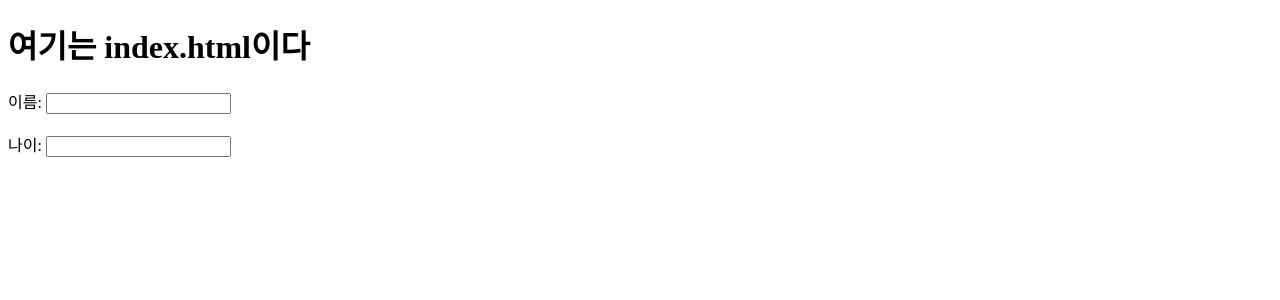
Repository: Yuram-Park/acorn_study
Page: ServletTest3/src/main/webapp/index.html
These files come from the project's save history. The page is drawn as it stood at one moment and after the next save; the edit follows.
The browser window is 1280 px wide. The pictures show the whole page.

Above is the page before, as saved 2023-09-14 03:39:01.

### ServletTest3/src/main/webapp/index.html
<!DOCTYPE html>
<html>
<head>
<meta charset="UTF-8">
<title>Insert title here</title>
</head>
<body>
	<h1>여기는 index.html이다</h1>

	이름: <input type = "text" name="name"><br><br>
	나이: <input type = "text" name="age"><br><br>

</body>
</html>

After the next save:
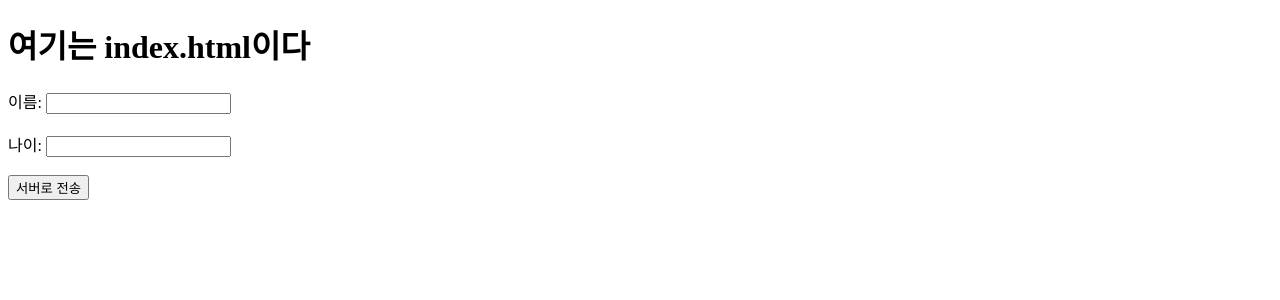
Saved 5 min 6 s later.
--- a/ServletTest3/src/main/webapp/index.html
+++ b/ServletTest3/src/main/webapp/index.html
@@ -7,8 +7,10 @@
 <body>
 	<h1>여기는 index.html이다</h1>
 
-	이름: <input type = "text" name="name"><br><br>
-	나이: <input type = "text" name="age"><br><br>
-
+	<form>
+		이름: <input type = "text" name="name"><br><br>
+		나이: <input type = "text" name="age"><br><br>
+		<input type="submit" value="서버로 전송"/>
+	</form>
 </body>
 </html>
